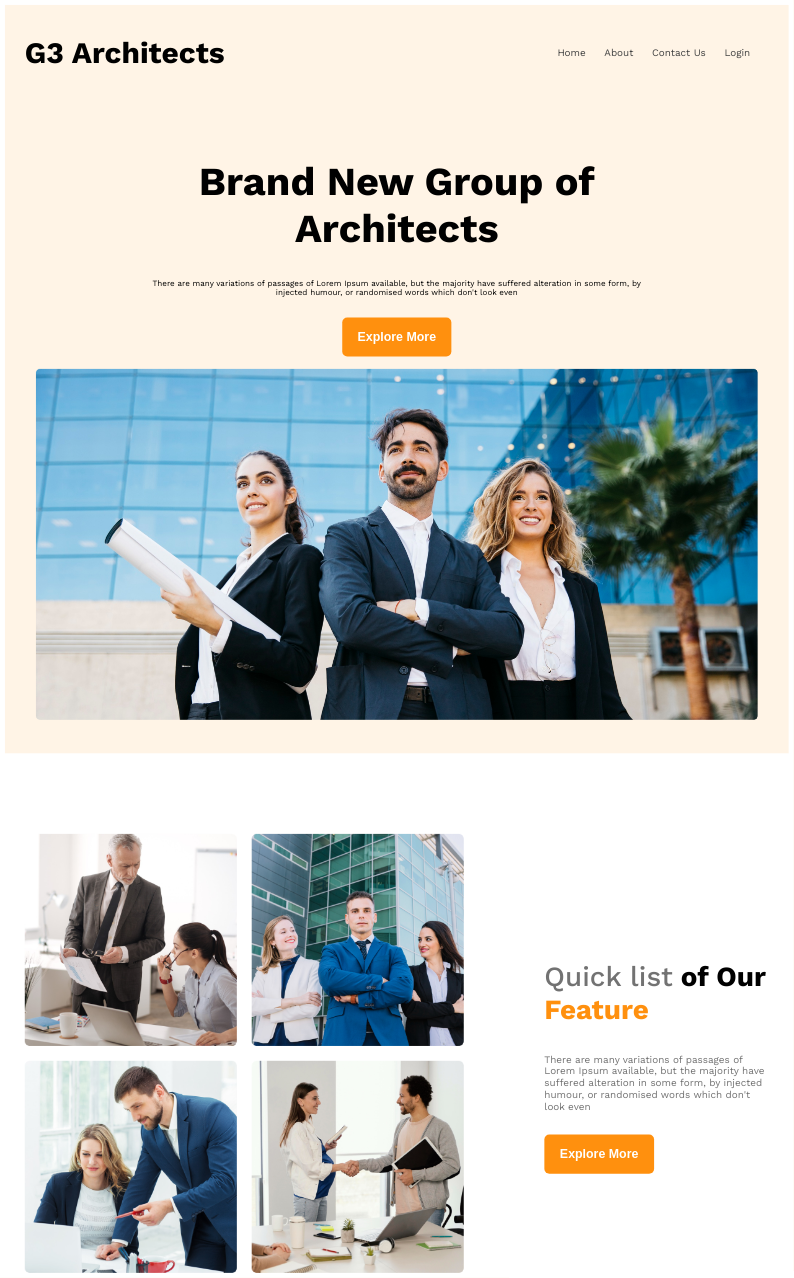
Repository: dollyrakhe22/g3-architects-website
Page: index.html
These files come from the project's save history. The page is drawn as it stood at one moment and after the next save; the edit follows.
The browser window is 1280 px wide. The pictures show the whole page, at 62% of full size.

Above is the page before, as saved 2025-07-20 23:14:03.

### index.html
<!DOCTYPE html>
<html lang="en">
<head>
    <meta charset="UTF-8">
    <meta name="viewport" content="width=device-width, initial-scale=1.0">
    <title>Architects Website</title>
    <link rel="stylesheet" href="style.css">
</head>
<body class="work-sans-font">
   <header>
     <header class="bg-light">
           <nav class="navbar  display-flex">
             <h3 class="brand">G3 Architects</h3>
             <ul class="nav-links display-flex">
              <li class="nav-item"><a href="" class="nav-link text-gray ">Home</a></li>
              <li class="nav-item"><a href="" class="nav-link text-gray ">About</a></li>
              <li class="nav-item"><a href="" class="nav-link text-gray ">Contact Us</a></li>
              <li class="nav-item"><a href="" class="nav-link text-gray ">Login</a></li>
             </ul>
           </nav>
           <div class="banner">
          <div class="banner-content">
              <h1 class="banner-title">Brand New Group of Architects </h1>
              <p class="banner-description">There are many variations of passages of Lorem Ipsum available, but the majority have suffered alteration in some form, by injected humour,
              or randomised words which don't look even</p>
            <button class="btn-primary">Explore More</button>
          </div>
            <img class="banner-img" src="images/banner.png" alt="" srcset="">
           </div>
    </header>

   <main>
    <section class="teams display-flex">
      <div class="team-img-container">
      <img src="images/team1.png" alt="" srcset="">
      <img src="images/team2.png" alt="" srcset="">
      <img src="images/team3.png" alt="" srcset="">
      <img src="images/team4.png" alt="" srcset="">
      </div>
      <div class="our-features">
          <h3 class="section-title"><span id="quick-list" class="text-light-gray">Quick list</span> of Our <span class="text-primary">Feature</span></h3>
           <p class="feature-description  text-light-gray">There are many variations of passages of Lorem Ipsum available, but the majority have suffered alteration in some form, by injected humour,
             or randomised words which don't look even</p>
             <button class="btn-primary">Explore More</button>
      </div>
    </section>

   </main>
    <footer>

    </footer>
</body>
</html>

### style.css
@import url('https://fonts.googleapis.com/css2?family=Work+Sans:ital,wght@0,100..900;1,100..900&display=swap');

.work-sans-font {
  font-family: "Work Sans", sans-serif;
  font-optical-sizing: auto;
  font-weight: 400px;
  font-style: normal;
}
/*shared styles*/
.display-flex{
  display: flex;
}
/*dark 02*/
.text-gray{
  color: #424242;
}
/*dark 03*/
.text-light-gray{
  color:#727272;
}
.text-primary{
  color:#FF900E;
}
.navbar{
  justify-content: space-between;
  align-items: center;
}
.bg-light{
  background-color: rgba(255, 144, 14, 0.1);
}
.brand{
  font-weight: 700;
  font-size: 3rem;
}
.section-title{
  font-size: 2.8rem;
  font-weight: 700;
}
/*header styles*/
/*main*/
main{
  max-width: 1200px;
  margin: 0 auto;
}
main> section{
  margin-top: 130px;
}
/*navbar related styles*/
.navbar{
  display: flex;
}
.nav-item{
  list-style: none;
  margin-right: 30px;
}
.nav-link{
  text-decoration: none;
  font-size: 500;
}
.navbar,.banner {
  max-width: 1200px;
  margin: 0 auto;

}


/*banner related styles*/
.banner-content{
  max-width: 800px;
  margin: 0 auto;
  text-align: center;
  margin-bottom: 20px;

}
.banner{
  padding: 50px;

}
.banner-img{
  width: 100%;
}
.banner-title{
  font-weight: 700;
  font-size: 4rem;
}
.banner-description{
  font-size: 13px;


}
.btn-primary{
  background-color: #FF900E;
  color: white;
  padding: 20px 25px;
  font-size: 1.25rem;
  font-weight: 600;
  border:none;
  border-radius: 8px;
  margin-top: 20px;
  margin-top: 20px;

}
/*team work and features style*/
.teams{
  align-items: center;
}
.team-img-container{
   display: grid;
  grid-template-columns: repeat(2, 1fr);
  gap: 24px;
}
.our-features{
  margin-left: 130px;
  max-width: 530px;
}

#quick-list{
  font-weight: 500;
}
.feature{
  color:#FF900E;
}

/*responsive media query*/
@media screen and (max-width: 576px){
  .navbar, .nav-link, .teams{
    flex-direction: column;
  }
.team-img-container{
  grid-template-columns: repeat(1, 1fr);

}
.our-features{
  margin-left: 10px;
}
}
/*medium device*/
@media  screen and (min-width:576px) and (max-width:992px){
  .teams{
    flex-direction: column;
  }
  .our-features{
    margin: 50px auto;
  }
}

After the next save:
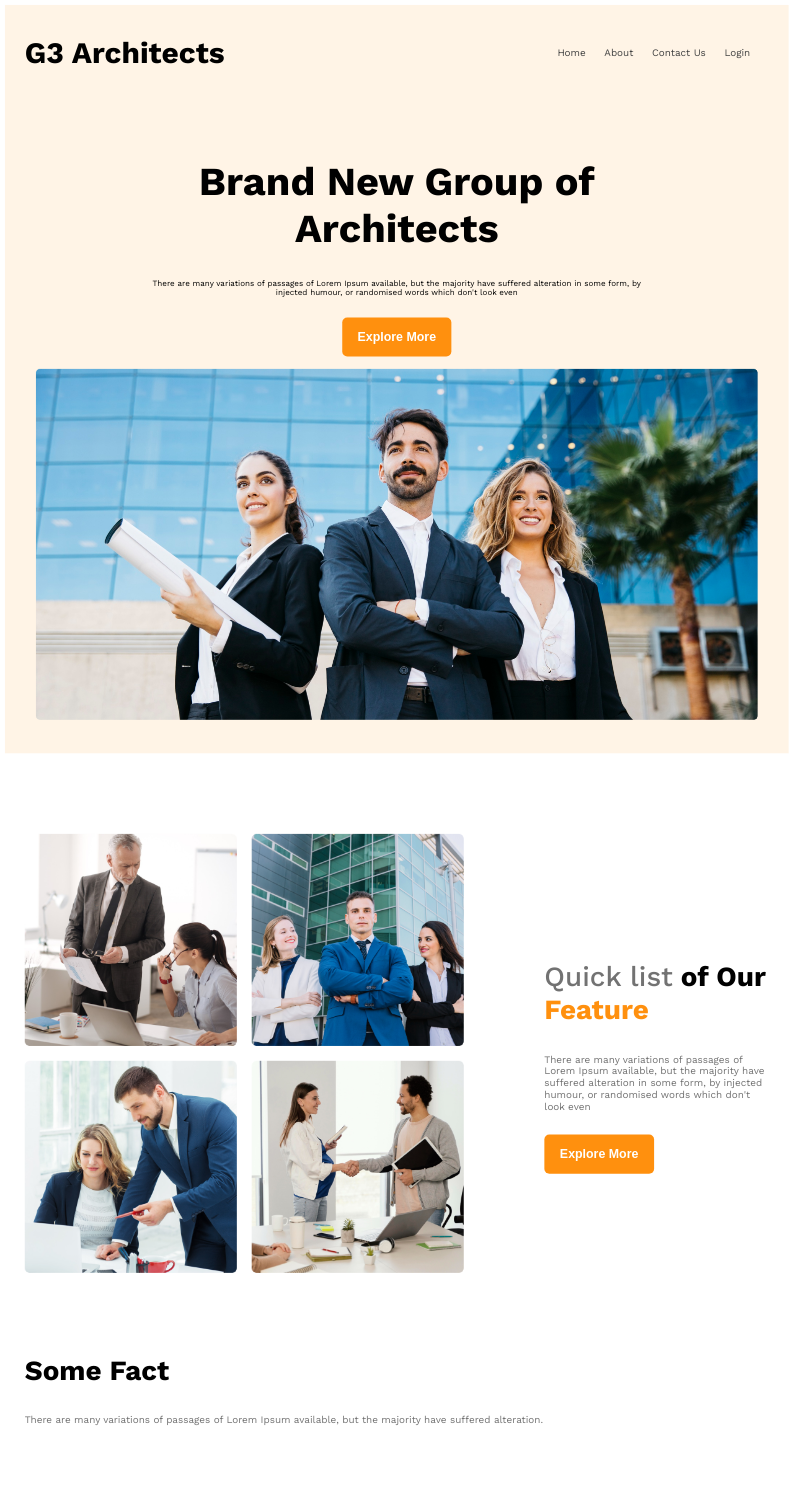
Saved 11 min 26 s later.
--- a/index.html
+++ b/index.html
@@ -44,7 +44,17 @@
              <button class="btn-primary">Explore More</button>
       </div>
     </section>
+    <!--feature will enjoy-->
+      <section>
+        <h3 class="section-title">Some Fact</h3>
+        <p class="text-light-gray">There are many variations of passages of Lorem Ipsum available,
+           but the majority have suffered alteration.</p>
 
+      </section>
+      <!--Some fact-->
+      <section class="some-fact">
+
+      </section>
    </main>
     <footer>
 
